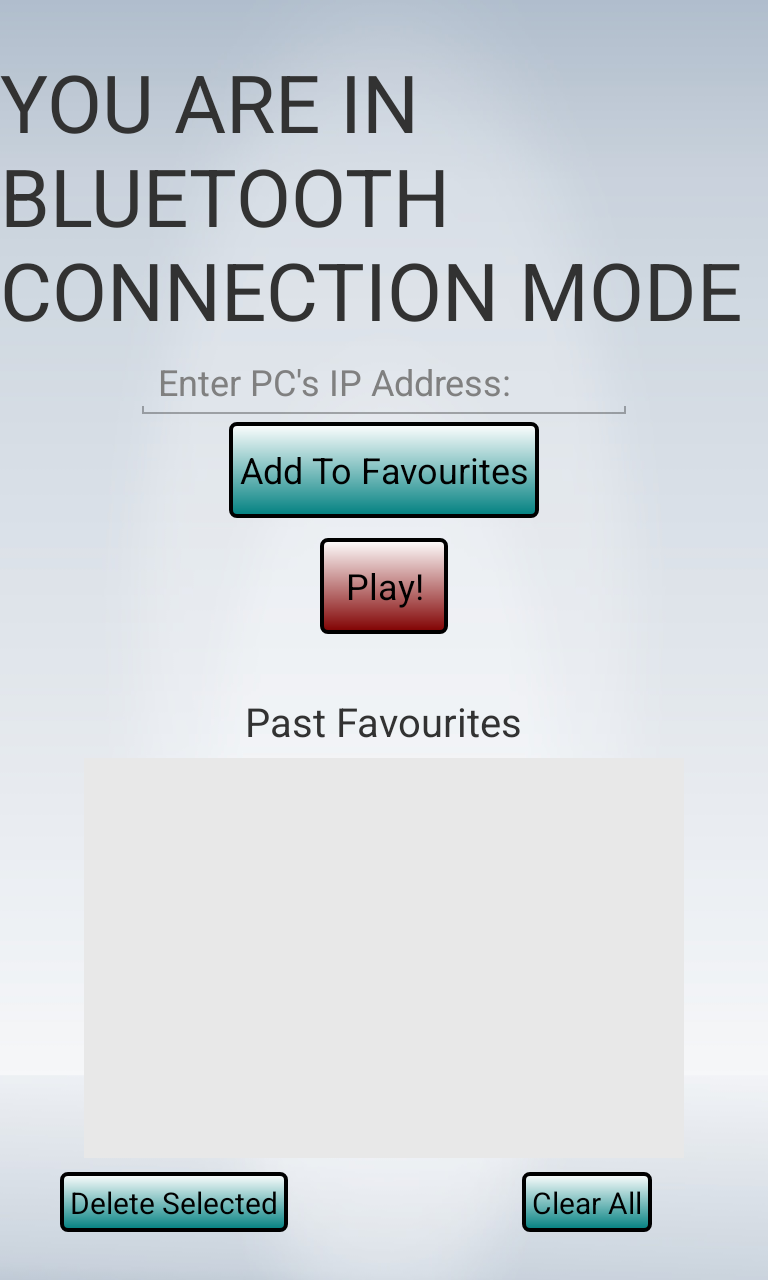
Repository: neha01mittal/AndroidGameController
Layout: AndroidTCPComm/AndroidGameController/GameControllerDataTransfer/res/layout/activity_bluetooth.xml
An editor plug-in stored every save of this project. The layout is shown before and after a run of saves, followed by the edit.
It is drawn on a 768 x 1280 px phone screen (xhdpi) without system bars, with theme AppTheme; the app's code is not run. Lists and similar views that code fills are empty.

Above is the layout before, as saved 2013-12-12 09:05:04.

### AndroidTCPComm/AndroidGameController/GameControllerDataTransfer/res/layout/activity_bluetooth.xml
<?xml version="1.0" encoding="utf-8"?>

    <LinearLayout xmlns:android="http://schemas.android.com/apk/res/android"
        android:layout_width="fill_parent"
        android:layout_height="fill_parent"
        android:background="@drawable/background1"
        android:gravity="center_vertical"
        android:orientation="vertical" >

        <TextView
            android:layout_width="wrap_content"
            android:layout_height="wrap_content"
            android:layout_gravity="center"
            android:text="YOU ARE IN BLUETOOTH CONNECTION MODE"
            android:textSize="40sp" />

        <EditText
            android:id="@+id/user_input"
            android:layout_width="250dp"
            android:layout_height="wrap_content"
            android:layout_gravity="center"
            android:hint="@string/enter_ipaddress" />

        <Button
            android:id="@+id/addToFavourites"
            android:layout_width="wrap_content"
            android:layout_height="wrap_content"
            android:layout_gravity="center"
            android:background="@layout/button_background"
            android:padding="5dp"
            android:text="@string/addToFavourites" />

        <View
            android:layout_width="1dp"
            android:layout_height="10dp" >
        </View>

        <Button
            android:id="@+id/play"
            android:layout_width="wrap_content"
            android:layout_height="wrap_content"
            android:layout_gravity="center"
            android:background="@layout/button_background_red"
            android:padding="5dp"
            android:text="@string/play" />

        <!-- blank spaces -->

        <View
            android:layout_width="1dp"
            android:layout_height="30dp" >
        </View>

        <TextView
            android:layout_width="wrap_content"
            android:layout_height="wrap_content"
            android:layout_gravity="center"
            android:text="@string/ip_list"
            android:textSize="20sp" />

        <View
            android:layout_width="1dp"
            android:layout_height="5dp" >
        </View>

        <ListView
            android:id="@android:id/list"
            android:layout_width="300dp"
            android:layout_height="200dp"
            android:layout_gravity="center"
            android:background="#E8E8E8"
            android:divider="#00000000"
            android:dividerHeight="10dp"
            android:drawSelectorOnTop="true"
            android:textFilterEnabled="true" />

        <View
            android:layout_width="1dp"
            android:layout_height="7dp" >
        </View>

        <LinearLayout
            android:id="@+id/linear_layout"
            android:layout_width="match_parent"
            android:layout_height="wrap_content"
            android:orientation="horizontal" >

            <Button
                android:id="@+id/delete"
                android:layout_width="wrap_content"
                android:layout_height="30dp"
                android:layout_gravity="right"
                android:layout_marginLeft="30dp"
                android:layout_marginRight="117dp"
                android:background="@layout/button_background"
                android:padding="5dp"
                android:text="@string/delete"
                android:textSize="15sp" />

            <Button
                android:id="@+id/clearList"
                android:layout_width="wrap_content"
                android:layout_height="30dp"
                android:layout_gravity="left"
                android:layout_marginRight="10dp"
                android:background="@layout/button_background"
                android:padding="5dp"
                android:text="@string/clearList"
                android:textSize="15sp" />
        </LinearLayout>
    </LinearLayout>

### AndroidTCPComm/AndroidGameController/GameControllerDataTransfer/res/values/strings.xml
<?xml version="1.0" encoding="utf-8"?>
<resources>

    <string name="app_name">Game Controller</string>
    <string name="welcome_message">Are you ready for the experience??\n\n Please choose the connection mode from the choices below:</string>
    <string name="action_settings">Settings</string>
    <string name="usb">Connect using USB cable!</string>
    <string name="bluetooth">Connect using bluetooth</string>
    <string name="wifi">Connect using Wifi</string>
    <string name="hello">Hello world!</string>
    <string name="send">Send</string>
	<string name="enter_ipaddress">Enter PC\'s IP Address:</string>
	<string name="play">Play!</string>
	<string name="ok">OK</string>
	<string name="cancel">Cancel</string>
	<string name="addToFavourites">Add To Favourites</string>
	<string name="clearList">Clear All</string>
	<string name="IPV4">IPV4</string>
	<string name="game_controller">Game Controller</string>
	<string name="delete">Delete Selected</string>
	<string name="ip_list">Past Favourites</string>
	<string name="confirm_clear_list">Are you sure you want to delete all the IP addresses? </string>
	<string name="get_rest_position_message">Hold your phone horizontally at a comfortable angle.\n Press OK while holding the phone in that position.</string>
</resources>

### AndroidTCPComm/AndroidGameController/GameControllerDataTransfer/res/layout/button_background.xml
<?xml version="1.0" encoding="utf-8"?>
<shape xmlns:android="http://schemas.android.com/apk/res/android"
  android:shape="rectangle">
  <gradient android:startColor="#FFFFFF"
    android:endColor="#008080"
    android:angle="270" />
  <corners android:radius="3dp" />
  <stroke android:width="2dp" android:color="#000000" />
</shape>

### AndroidTCPComm/AndroidGameController/GameControllerDataTransfer/res/layout/button_background_red.xml
<?xml version="1.0" encoding="utf-8"?>
<shape xmlns:android="http://schemas.android.com/apk/res/android"
  android:shape="rectangle">
  <gradient android:startColor="#FFFFFF"
    android:endColor="#800000"
    android:angle="270" />
  <corners android:radius="3dp" />
  <stroke android:width="2dp" android:color="#000000" />
</shape>

Loaded but not shown: AndroidTCPComm/AndroidGameController/GameControllerDataTransfer/res/values/styles.xml (common file); AndroidTCPComm/AndroidGameController/GameControllerDataTransfer/res/values-v11/styles.xml (common file); AndroidTCPComm/AndroidGameController/GameControllerDataTransfer/res/values-v14/styles.xml (common file)

After the next 2 saves:
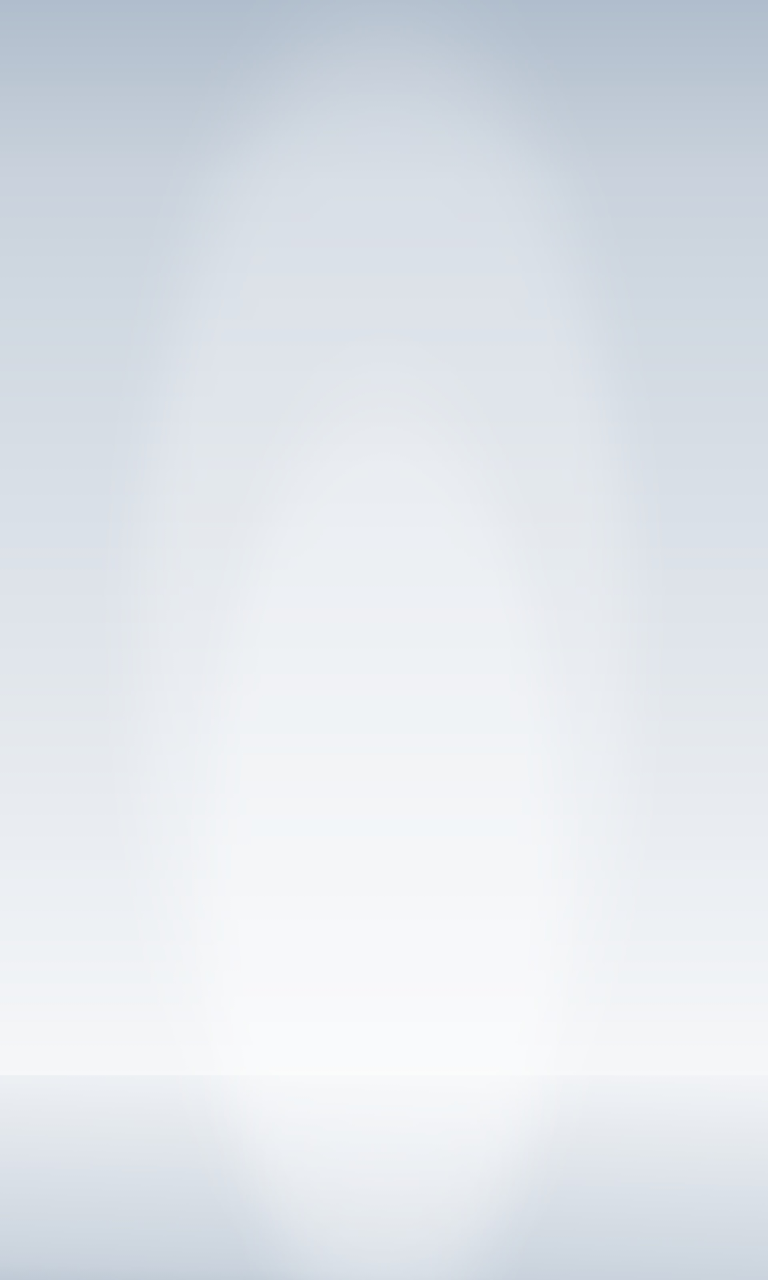
The 2 saves are shown as one change because they came seconds apart.
The last was saved 101 s later.
--- a/AndroidTCPComm/AndroidGameController/GameControllerDataTransfer/res/layout/activity_bluetooth.xml
+++ b/AndroidTCPComm/AndroidGameController/GameControllerDataTransfer/res/layout/activity_bluetooth.xml
@@ -1,111 +1,11 @@
 <?xml version="1.0" encoding="utf-8"?>
+<LinearLayout xmlns:android="http://schemas.android.com/apk/res/android"
+    android:layout_width="fill_parent"
+    android:layout_height="fill_parent"
+    android:background="@drawable/background1"
+    android:gravity="center_vertical"
+    android:orientation="vertical" >
 
-    <LinearLayout xmlns:android="http://schemas.android.com/apk/res/android"
-        android:layout_width="fill_parent"
-        android:layout_height="fill_parent"
-        android:background="@drawable/background1"
-        android:gravity="center_vertical"
-        android:orientation="vertical" >
+</LinearLayout><LinearLayout>
 
-        <TextView
-            android:layout_width="wrap_content"
-            android:layout_height="wrap_content"
-            android:layout_gravity="center"
-            android:text="YOU ARE IN BLUETOOTH CONNECTION MODE"
-            android:textSize="40sp" />
-
-        <EditText
-            android:id="@+id/user_input"
-            android:layout_width="250dp"
-            android:layout_height="wrap_content"
-            android:layout_gravity="center"
-            android:hint="@string/enter_ipaddress" />
-
-        <Button
-            android:id="@+id/addToFavourites"
-            android:layout_width="wrap_content"
-            android:layout_height="wrap_content"
-            android:layout_gravity="center"
-            android:background="@layout/button_background"
-            android:padding="5dp"
-            android:text="@string/addToFavourites" />
-
-        <View
-            android:layout_width="1dp"
-            android:layout_height="10dp" >
-        </View>
-
-        <Button
-            android:id="@+id/play"
-            android:layout_width="wrap_content"
-            android:layout_height="wrap_content"
-            android:layout_gravity="center"
-            android:background="@layout/button_background_red"
-            android:padding="5dp"
-            android:text="@string/play" />
-
-        <!-- blank spaces -->
-
-        <View
-            android:layout_width="1dp"
-            android:layout_height="30dp" >
-        </View>
-
-        <TextView
-            android:layout_width="wrap_content"
-            android:layout_height="wrap_content"
-            android:layout_gravity="center"
-            android:text="@string/ip_list"
-            android:textSize="20sp" />
-
-        <View
-            android:layout_width="1dp"
-            android:layout_height="5dp" >
-        </View>
-
-        <ListView
-            android:id="@android:id/list"
-            android:layout_width="300dp"
-            android:layout_height="200dp"
-            android:layout_gravity="center"
-            android:background="#E8E8E8"
-            android:divider="#00000000"
-            android:dividerHeight="10dp"
-            android:drawSelectorOnTop="true"
-            android:textFilterEnabled="true" />
-
-        <View
-            android:layout_width="1dp"
-            android:layout_height="7dp" >
-        </View>
-
-        <LinearLayout
-            android:id="@+id/linear_layout"
-            android:layout_width="match_parent"
-            android:layout_height="wrap_content"
-            android:orientation="horizontal" >
-
-            <Button
-                android:id="@+id/delete"
-                android:layout_width="wrap_content"
-                android:layout_height="30dp"
-                android:layout_gravity="right"
-                android:layout_marginLeft="30dp"
-                android:layout_marginRight="117dp"
-                android:background="@layout/button_background"
-                android:padding="5dp"
-                android:text="@string/delete"
-                android:textSize="15sp" />
-
-            <Button
-                android:id="@+id/clearList"
-                android:layout_width="wrap_content"
-                android:layout_height="30dp"
-                android:layout_gravity="left"
-                android:layout_marginRight="10dp"
-                android:background="@layout/button_background"
-                android:padding="5dp"
-                android:text="@string/clearList"
-                android:textSize="15sp" />
-        </LinearLayout>
-    </LinearLayout>
+</LinearLayout>
